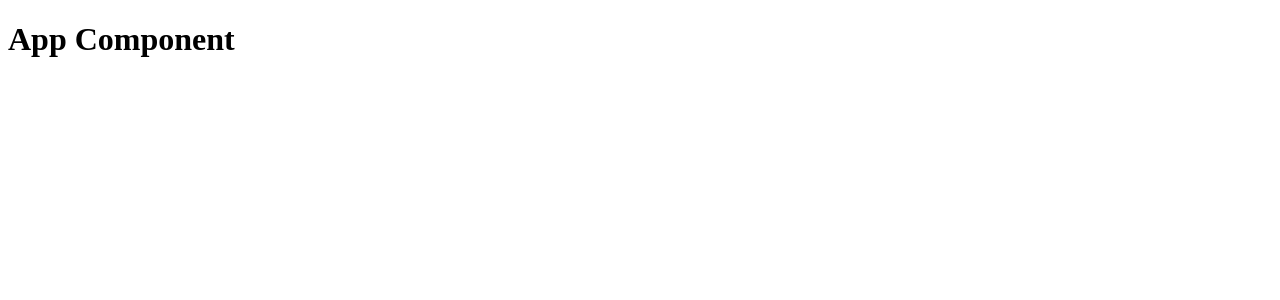
Repository: ymw0331/shop-hub
Page: / (app in client/)
An editor plug-in stored every save of this project. The page is shown before and after a run of saves, followed by the edit.
The browser window is 1280 px wide. The pictures show the whole page.
The project was rebuilt for these pictures with package versions that can differ from the ones it lists, and the page was loaded fresh each time. Also part of the build but not shown: client/src/pages/Login.jsx, client/src/pages/Register.jsx.

Above is the page before, as saved 2023-01-05 00:46:00.

After the next 3 saves:
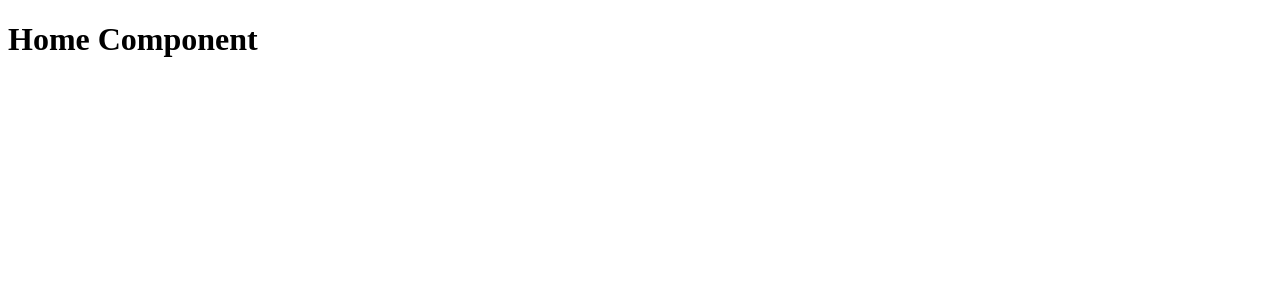
The 3 saves are shown as one change because they came seconds apart.
The last was saved 24 s later.
--- a/client/src/App.js
+++ b/client/src/App.js
@@ -5,8 +5,6 @@ import Register from './pages/Register';
 export default function App ()
 {
   return (
-    <div>
-      <h1>App Component</h1>
-    </div>
+    <Home />
   );
 }
